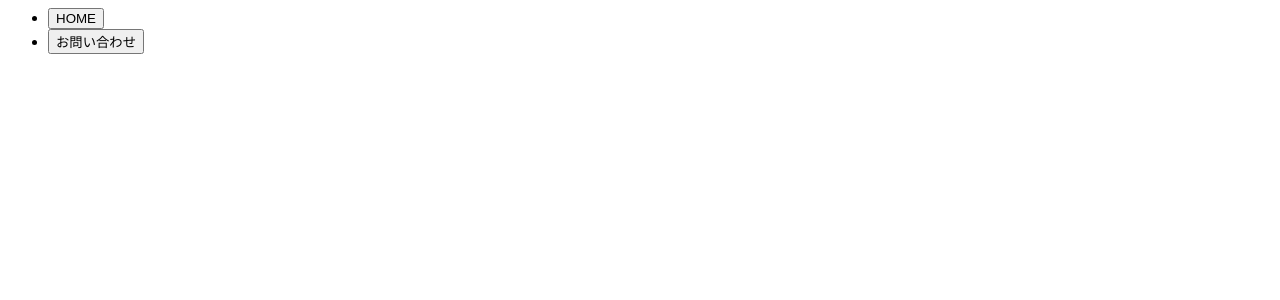
Repository: ryuhei0204/test
Page: http://localhost/Mytest/header.jsp
These files come from the project's save history. The page is drawn as it stood at one moment and after the next save; the edit follows.
The browser window is 1280 px wide. The pictures show the whole page.
The page is served by Tomcat 9.

Above is the page before, as saved 2019-06-28 04:57:11.

After the next save:
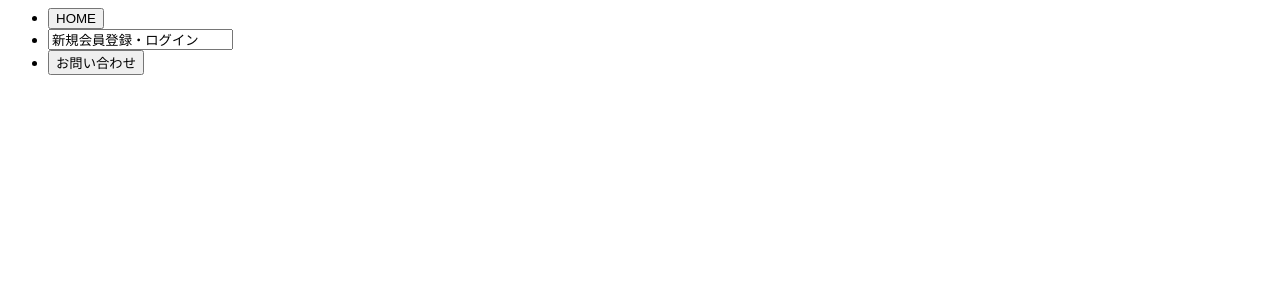
Saved 11 min 58 s later.
--- a/Mytest/WebContent/header.jsp
+++ b/Mytest/WebContent/header.jsp
@@ -8,6 +8,7 @@
 
 <ul>
    <li><input type = "button" value = "HOME" onclick = "formSubmit(this, 'GoHomeAction')"/></li>
+   <li><input type = "botton" value = "新規会員登録・ログイン" onclick = "formSubmit(this,'CreateAction')"/></li>
    <li><input type = "button" value = "お問い合わせ" onclick = "formSubmit(this, 'ContactAction')"/></li>
 
 </ul>
